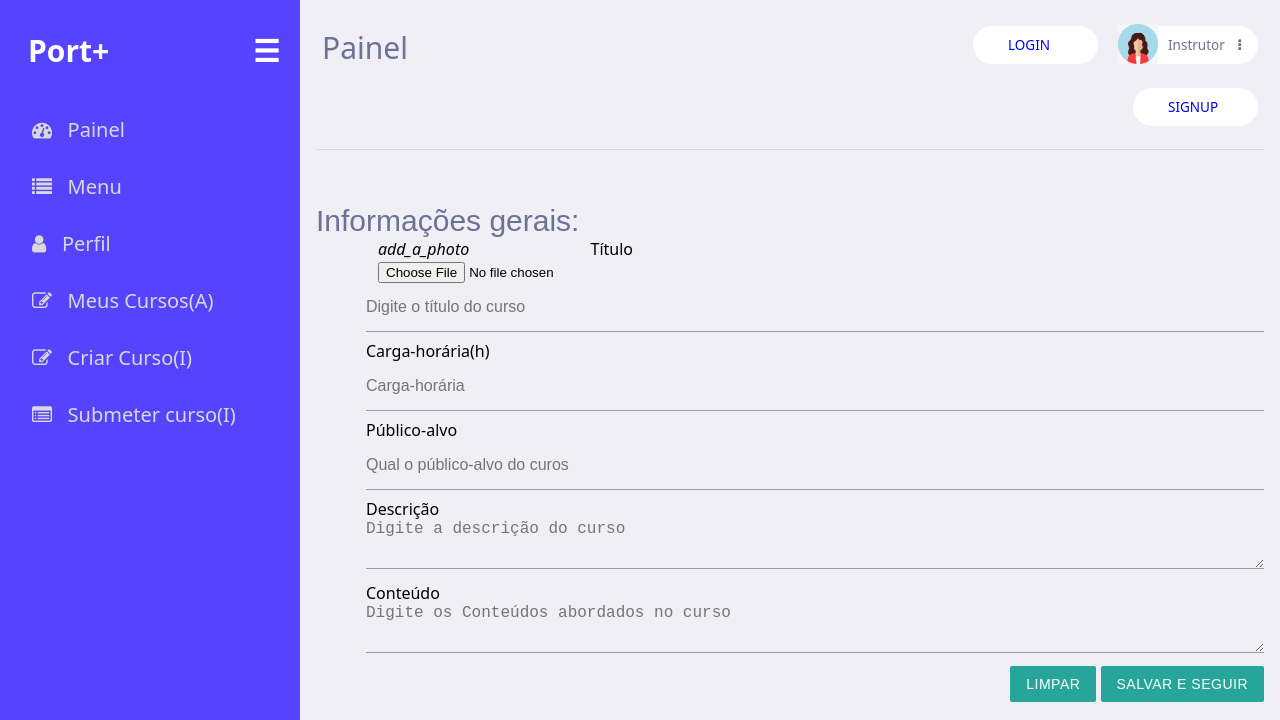
Repository: LauraMViana/Port-plus
Page: http://localhost/portPlus/criarCurso/criarCurso
These files come from the project's save history. The page is drawn as it stood at one moment and after the next save; the edit follows.
The browser window is 1280 px wide. The pictures show the whole page.
The page is this project's Thymeleaf template; nobody is signed in. The template is opened directly, without the code that normally fills it, so the values that code supplies are empty.

Above is the page before, as saved 2021-12-28 14:59:44.

### port/src/main/resources/templates/portPlus/criarCurso/criarCurso.html
<!DOCTYPE html >
<html xmlns:th="http://www.thymeleaf.org">
<head>
<meta charset="UTF-8">
<link rel="stylesheet"
	href="https://cdnjs.cloudflare.com/ajax/libs/font-awesome/4.7.0/css/font-awesome.min.css">
<!-- Compiled and minified CSS <!--
<link rel="stylesheet"
	href="https://cdnjs.cloudflare.com/ajax/libs/materialize/1.0.0/css/materialize.min.css">
-->
<link href="https://fonts.googleapis.com/icon?family=Material+Icons"
	rel="stylesheet">
<link rel="stylesheet" href="/Style.css">

<title>PortPlus</title>
</head>
<body>
	<div th:insert="~{menu :: menu}"></div>
	<div id="main">
		<h4>Informações gerais:</h4>
		<form action="/portPlus/criarCurso" method="post"
			enctype="multipart/form-data" th:object="${curso}">
			<div class="file input-field col s3">
				<i class="large material-icons">add_a_photo</i> <input type="file"
					name="file">
				<p th:errors="*{nomeLogo}"></p>
			</div>
			<div class="input-field s9">
				<label for="titulo">Título</label> <input
					placeholder="Digite o título do curso" id="titulo" type="text"
					class="validate" th:field="*{titulo}">
				<p th:errors="*{titulo}"></p>
				<div>
					<label for="cg">Carga-horária(h)</label> <input
						placeholder="Carga-horária" id="cg" type="number" class="validate"
						th:field="*{cargahoraria}">
				</div>
				<p th:errors="*{cargahoraria}"></p>
			</div>
			<div class="input-field">
				<label for=" nome"> Público-alvo</label> <input
					placeholder="Qual o público-alvo do curos" id="nome" type="text"
					th:field="*{publicalvo}">
				<p th:errors="*{publicalvo}"></p>
			</div>

			<div class="input-field">
				<label for="textarea1">Descrição</label>
				<textarea placeholder="Digite a descrição do curso" id="textarea1"
					class="materialize-textarea" th:field="*{descricao}"></textarea>

				<p th:errors="*{descricao}"></p>
			</div>

			<div class="input-field">
				<label for="textarea1">Conteúdo</label>
				<textarea placeholder="Digite os Conteúdos abordados no curso"
					id="textarea1" class="materialize-textarea" th:field="*{conteudo}"></textarea>

				<p th:errors="*{conteudo}"></p>
			</div>

			<div id="btn">
				<button class="btn waves-effect waves-light align-center"
					type="reset" name="action">Limpar</button>
				<button class="btn waves-effect waves-light align-center"
					type="submit" name="action">Salvar e seguir</button>
			</div>
		</form>
	</div>
	<script
		src="https://ajax.googleapis.com/ajax/libs/jquery/3.5.1/jquery.min.js"></script>
	<script>
		$(".menu").click(function() {
			$("#mySidenav").css('width', '70px');
			$("#main").css('margin-left', '70px');
			$(".logo").css('display', 'none');
			$(".logo1").css('display', 'block');
			$(".logo span").css('visibility', 'visible');
			$(".logo span").css('margin-left', '-10px');
			$(".icon-a").css('visibility', 'hidden');
			$(".icon-a").css('height', '25px');
			$(".icons").css('visibility', 'visible');
			$(".icons").css('margin-left', '-8px');
			$(".menu1").css('display', 'block');
			$(".menu").css('display', 'none');
		});

		$(".menu1").click(function() {
			$("#mySidenav").css('width', '300px');
			$("#main").css('margin-left', '300px');
			$(".logo").css('visibility', 'visible');
			$(".logo").css('display', 'block');
			$(".icon-a").css('visibility', 'visible');
			$(".icons").css('visibility', 'visible');
			$(".menu").css('display', 'block');
			$(".menu1").css('display', 'none');
		});
	</script>
	<script>
		$(document).ready(function() {
			$(".profile p").click(function() {
				$(".profile-div").toggle();
			});
		});
	</script>
</body>
</html>

### port/src/main/resources/templates/menu.html
<!DOCTYPE html >
<html xmlns:th="http://www.thymeleaf.org">
<head>
<meta charset="UTF-8">
<link rel="stylesheet" href="/Style.css" type="text/css" />
<link rel="stylesheet"
	href="https://cdnjs.cloudflare.com/ajax/libs/font-awesome/4.7.0/css/font-awesome.min.css">
<title>Port+</title>
</head>
<body>
	<div th:fragment="menu">
		<div id="mySidenav" class="sidenav">
			<p class="logo">
				Port+ <span class="menu">&#9776;</span>
			</p>
			<p class="logo1">
				<span class="menu1">&#9776;</span>
			</p>
			<a href="/" class="icon-a"> <i class="fa fa-dashboard icons"></i>
				&nbsp;&nbsp;Painel
			</a> <a href="/" class="icon-a"><i class="fa fa-list icons"></i>
				&nbsp;&nbsp;Menu</a> <a href="#" class="icon-a"><i
				class="fa fa-user icons"></i> &nbsp;&nbsp;Perfil</a> <a
				href="/portPlus/criarCurso" class="icon-a"><i
				class="fa fa-edit icons"></i> &nbsp;&nbsp;Meus Cursos(A)</a> <a
				href="/portPlus/criarCurso" class="icon-a"><i
				class="fa fa-edit icons"></i> &nbsp;&nbsp;Criar Curso(I)</a><a
				href="/portPlus/meusCursos" class="icon-a"><i
				class="fa fa-list-alt icons"></i> &nbsp;&nbsp;Submeter curso(I)</a>
		</div>

		<div id="main">
			<div class="head">
				<div class="col-div-6">
					<p class="nav">Painel</p>
				</div>
				<div class="col-div-6">
					<div class="profile">
						<img src="/Imagens/usuario.png" class="pro-img circle" />
						<p>
							Instrutor <i class="fa fa-ellipsis-v dots" aria-hidden="true"></i>
						</p>
						<div class="profile-div">
							<p>
								<a href="#" class="icon-a"><i class="fa fa-user"></i>
									&nbsp;&nbsp;Perfil
							</p>
							<p>
								<i class="fa fa-power-off"></i> &nbsp;&nbsp;Sair
							</p>
						</div>
					</div>
					<div class="login">
						<p>
							<a href="/portPlus/login">LOGIN</a>
						</p>
						<p>
							<a href="/portPlus/signup">SIGNUP</a>
						</p>
					</div>
				</div>
				<div class="clearfix"></div>
			</div>
			<div class="clearfix"></div>
			<br />
		</div>
	</div>
	<script
		src="https://ajax.googleapis.com/ajax/libs/jquery/3.5.1/jquery.min.js"></script>
	<script>
		$(".menu").click(function() {
			$("#mySidenav").css('width', '70px');
			$("#main").css('margin-left', '70px');
			$(".logo").css('display', 'none');
			$(".logo1").css('display', 'block');
			$(".logo span").css('visibility', 'visible');
			$(".logo span").css('margin-left', '-10px');
			$(".icon-a").css('visibility', 'hidden');
			$(".icon-a").css('height', '25px');
			$(".icons").css('visibility', 'visible');
			$(".icons").css('margin-left', '-8px');
			$(".menu1").css('display', 'block');
			$(".menu").css('display', 'none');
		});

		$(".menu1").click(function() {
			$("#mySidenav").css('width', '300px');
			$("#main").css('margin-left', '300px');
			$(".logo").css('visibility', 'visible');
			$(".logo").css('display', 'block');
			$(".icon-a").css('visibility', 'visible');
			$(".icons").css('visibility', 'visible');
			$(".menu").css('display', 'block');
			$(".menu1").css('display', 'none');
		});
	</script>
	<script>
		$(document).ready(function() {
			$(".profile p").click(function() {
				$(".profile-div").toggle();

			});

			/* $(".noti-icon").click(function() {
					$(".notification-div").toggle();
				}); */

		});
	</script>
</body>
</html>

### port/src/main/resources/static/Style.css
/* Laura */
body {
	margin: 0px;
	padding: 0px;
	background-color: #efeff5;
	font-family: system-ui;
}

.clearfix {
	clear: both;
}

.logo {
	margin: 0px;
	margin-left: 28px;
	font-weight: bold;
	color: white;
	margin-bottom: 30px;
}

.sidenav {
	height: 100%;
	width: 300px;
	position: fixed;
	z-index: 1;
	top: 0;
	left: 0;
	background-color: #5643ff;
	overflow: hidden;
	padding-top: 30px;
	transition: ease-in-out 0.3s;
}

.menu {
	float: right;
	margin-right: 20px;
	cursor: pointer;
}

.logo1 {
	margin: 0px;
	margin-left: 20px;
	font-weight: bold;
	color: white;
	margin-bottom: 50px;
	display: none;
	cursor: pointer;
}

.menu1 {
	float: left;
	display: none;
}

.sidenav a {
	padding: 15px 8px 15px 32px;
	text-decoration: none;
	font-size: 20px;
	color: #d8d8d8;
	display: block;
}

.sidenav a:hover {
	color: #f1f1f1;
	background-color: #2c1ed6;
}

.sidenav {
	top: 0;
	right: 25px;
	font-size: 30px;
}

#main {
	padding: 16px;
	margin-left: 300px;
}

.head {
	padding: 0px 6px;
	border-bottom: 1px solid #d6d6d8b8;
	padding-bottom: 10px;
}

.col-div-6 {
	width: 50%;
	float: left;
}

.login p {
	color: #6c7293;
	font-weight: 500;
	margin-left: 35px;
	margin-top: 10px;
	font-size: 13.5px;
	background-color: white;
	padding: 10px;
	border-radius: 25px;
	padding-left: 35px;
	width: 80px;
	float: right;
	cursor: pointer;
}

.profile {
	display: inline-block;
	float: right;
	width: 160px;
}

.pro-img {
	float: left;
	width: 40px;
	margin-top: 8px;
	margin-left: 20px;
}

.profile p {
	color: #6c7293;
	font-weight: 500;
	margin-left: 35px;
	margin-top: 10px;
	font-size: 13.5px;
	background-color: white;
	padding: 10px;
	border-radius: 25px;
	padding-left: 35px;
	cursor: pointer;
}

.dots {
	margin-left: 10px;
}

.profile-div {
	background-color: white;
	width: 160px;
	border: 1px solid #ddd;
	padding: 10px 0px;
	right: 2%;
	border-radius: 5px;
	position: absolute;
	z-index: 9;
	display: none;
}

.profile-div:after {
	content: '';
	position: absolute;
	height: 10px;
	width: 10px;
	background-color: white;
	top: -6px;
	border-left: 1px solid #ddd;
	border-top: 1px solid #ddd;
	transform: rotate(45deg);
	right: 10%;
}

.profile-div p {
	margin: 0px;
	padding: 10px 20px;
}

.profile-div p:hover {
	margin: 0px;
	padding: 10px 20px;
	background-color: #5643ff;
	border-radius: 0px;
	color: white;
}

.notification-div {
	background-color: white;
	width: 240px;
	border: 1px solid #ddd;
	padding: 10px 0px;
	right: 16%;
	border-radius: 5px;
	top: 12%;
	position: absolute;
	z-index: 9;
	display: none;
}

.notification-div:after {
	content: '';
	position: absolute;
	height: 10px;
	width: 10px;
	background-color: white;
	top: -6px;
	border-left: 1px solid #ddd;
	border-top: 1px solid #ddd;
	transform: rotate(45deg);
	right: 10%;
}

.noti-head {
	display: block;
	margin: 0px;
	color: #6c7293;
}

.noti-head:hover {
	background-color: white !important;
	color: #6c7293 !important;
}

.noti-head span {
	position: absolute;
	right: 8%;
	top: 10%;
	background-color: #5643ff;
	padding: 1px 5px;
	color: white;
	border-radius: 20px;
}

.hr {
	margin: 0px;
	border: none;
	background-color: #ddd;
	height: 1px;
}

.notification-div p {
	margin: 0px;
	padding: 10px 20px;
	color: #6c7293;
}

.notification-div p span {
	font-size: 11px;
	display: block;
}

.notification-div p:hover {
	margin: 0px;
	padding: 10px 20px;
	background-color: #5643ff;
	border-radius: 0px;
	color: white;
}

.search-icon {
	position: absolute;
	right: 22%;
	top: 25px;
	background-color: white;
	padding: 13px;
	border-radius: 21px;
	color: #6c7293;
	cursor: pointer;
}

.noti-icon {
	position: absolute;
	right: 17%;
	top: 25px;
	background-color: #5643ff;
	padding: 13px;
	border-radius: 21px;
	color: #fff;
	cursor: pointer;
}

.noti-icon:after {
	content: '';
	height: 5px;
	width: 5px;
	border-radius: 5px;
	top: 5px;
	left: 20px;
	position: absolute;
	background-color: red;
}

.col-div-4-1 {
	width: 33.3%;
	float: left;
}

.box {
	width: 88%;
	height: 480px;
	background-color: #ffffff;
	margin-left: 10px;
	padding: 10px;
	box-shadow: 2px 5px 10px #ddd;
	position: relative;
}

.box p {
	color: #6c7293;
	font-weight: 500;
	padding-left: 10px;
}

.number {
	font-size: 35px;
	margin-bottom: 0px;
	margin-top: 20px;
}

.percent {
	margin: 0px;
	font-size: 14px;
	color: #37bf37 !important;
}

.percent span {
	font-size: 12px;
	color: #9398b1;
	padding-left: 3px;
}

.head-1 {
	font-size: 18px !important;
	margin: 10px 0px;
	color: #6c7293;
}

.head-1 span {
	float: right;
	background-color: #5643ff;
	color: white;
	padding: 3px 10px;
	font-size: 15px;
}

.box-icon {
	font-size: 20px !important;
	margin-top: 35px !important;
	color: #5643ff;
	padding-right: 10px;
	background-color: #efeff5;
	padding: 15px;
	border-radius: 25px;
	position: absolute;
	right: 16px;
	top: -18px;
}

.box-1 {
	width: 88%;
	height: 282px;
	background-color: #ffffff;
	margin-left: 10px;
	padding: 10px;
	box-shadow: 2px 5px 10px #ddd;
	position: relative;
}

.m-box {
	color: #6c7293;
	position: relative;
	padding: 0px 12px;
}

.active {
	background-color: #5646ff;
	color: white;
	box-shadow: 4px 3px 7px 3px #3226ad54;
}

.active .no-1 {
	color: #ddd !important;
}

.m-box p {
	display: inline-block;
	margin: 10px 0px;
}

.no {
	position: absolute !important;
	top: 21px;
	right: 15px;
	font-weight: 500;
}

.no-1 {
	font-size: 12px;
	color: #9398b1;
}

.act-p {
	font-size: 13px;
	color: #6c7293;
}

.act-p .fa {
	color: orange !important;
}

.content-box-1 {
	padding: 0px 10px;
}

.col-div-12 {
	width: 100%;
}

.col-div-4 {
	width: 30%;
	float: left;
}

.content-box {
	padding: 20px;
}

.content-box p {
	margin: 0px;
	font-size: 20px;
	color: #6c7293;
}

.content-box p span {
	float: right;
	background-color: #5643ff;
	color: white;
	padding: 3px 10px;
	font-size: 15px;
}

.box-8 {
	width: 97.8%;
	background-color: #fff;
	height: 330px;
}

.nav {
	font-size: 30px;
	cursor: pointer;
	color: #6c7293;
	margin: 11px 0px;
}

.box-8 {
	margin-left: 10px;
}

td, th {
	border: 1px solid #dddddd;
	text-align: left;
	padding: 10px;
}

tr:nth-child(even) {
	background-color: #5643ff29;
	color: #6c7293 !important;
}

.circle-wrap {
	margin: 50px auto;
	width: 150px;
	height: 150px;
	background: #e6e2e7;
	border-radius: 50%;
}

.circle-wrap .circle .mask, .circle-wrap .circle .fill {
	width: 150px;
	height: 150px;
	position: absolute;
	border-radius: 50%;
}

.circle-wrap .circle .mask {
	clip: rect(0px, 150px, 150px, 75px);
}

.circle-wrap .circle .mask .fill {
	clip: rect(0px, 75px, 150px, 0px);
	background-color: #5646ff;
}

.circle-wrap .circle .mask.full, .circle-wrap .circle .fill {
	animation: fill ease-in-out 3s;
	transform: rotate(126deg);
}

@
keyframes fill { 0% {
	transform: rotate(0deg);
}

100










%
{
transform










:










rotate








(










126deg










)








;
}
}
.circle-wrap .inside-circle {
	width: 130px;
	height: 130px;
	border-radius: 50%;
	background: #fff;
	line-height: 130px;
	text-align: center;
	margin-top: 10px;
	margin-left: 10px;
	position: absolute;
	z-index: 100;
	font-weight: 700;
	font-size: 2em;
	color: #6c7293;
}

/* Thais */
h1 {
	font-weight: 400;
	font-family: Century Gothic, Arial, Helvetica, sans-serif;
	color: #6c7293;
	font-size: calc(1.044375rem + 1.7325vw);
}

h4, h6 {
	font-weight: 100;
	font-family: Century Gothic, Arial, Helvetica, sans-serif;
	color: #6c7293;
	font-size: 30px;
	margin: 0px;
}

a {
	text-decoration: none;
}

#btn {
	text-align: right;
}

/*Apresente material  */
.mod-title {
	font-size: 30px;
	color: #d8d8d8;
}

/* Index  */
.box-mod {
	width: 88%;
	height: 30px;
	background-color: #dfdfdf;
	margin-left: 10px;
	padding: 10px;
	position: relative;
	margin-left: 10px;
	padding: 10px;
	border-top: 1px solid #d7dfe3;
	margin-left: 10px;
	margin-bottom: 15px;
}

.box-mod p {
	color: #6c7293;
	font-weight: 500;
	margin: 0px;
	padding: 10px;
	width: 105px;
	margin-left: 90px;
}
/* blocos de curso ou modulos  */
.col-div-4-2 {
	width: 25%;
	float: left;
}

.card.small .card-image+.card-content, .card.medium .card-image+.card-content,
	.card.large .card-image+.card-content {
	max-height: 40%;
}

.card.small .card-content, .card.medium .card-content, .card.large .card-content
	{
	max-height: 100%;
	overflow: hidden;
}

.card .card-content {
	padding: 24px;
	border-radius: 0 0 2px 2px;
}

.card .card-image img {
	display: block;
	border-radius: 2px 2px 0 0;
	position: relative;
	left: 0;
	right: 0;
	top: 0;
	bottom: 0;
	width: 100%;
}

img {
	border-style: none;
}

.card.small .card-image, .card.medium .card-image, .card.large .card-image
	{
	max-height: 60%;
	overflow: hidden;
}

.card .card-image {
	position: relative;
}

.card.small {
	height: 300px;
}

.card.small, .card.medium, .card.large {
	position: relative;
}

.card {
	margin-left: 10px;
	box-shadow: 2px 5px 10px #ddd;
	position: relative;
	height: 250px;
	background-color: #fff;
	-webkit-transition: -webkit-box-shadow .25s;
	transition: -webkit-box-shadow .25s;
	transition: box-shadow .25s;
	transition: box-shadow .25s, -webkit-box-shadow .25s;
	border-radius: 2px;
}

.card {
	position: relative;
	margin: 0.5rem 0 1rem 0;
	background-color: #fff;
	-webkit-transition: -webkit-box-shadow .25s;
	transition: -webkit-box-shadow .25s;
	transition: box-shadow .25s;
	transition: box-shadow .25s, -webkit-box-shadow .25s;
	border-radius: 2px;
}

.image {
	display: block;
	position: relative;
	left: 0;
	right: 0;
	top: 0;
	bottom: 0;
	width: 100%;
	max-height: 70%;
	overflow: hidden;
	max-height: 70%;
	right: 0;
	top: 0;
	bottom: 0;
}

.card {
	margin-left: 10px;
	box-shadow: 2px 5px 10px #ddd;
	position: relative;
	height: 250px;
	background-color: #fff;
	-webkit-transition: -webkit-box-shadow .25s;
	transition: -webkit-box-shadow .25s;
	transition: box-shadow .25s;
	transition: box-shadow .25s, -webkit-box-shadow .25s;
	border-radius: 2px;
}

.card-title-mod {
	display: block;
	line-height: 32px;
	margin-bottom: 8px;
	font-size: 24px;
	font-weight: 300;
}
/* descriçao do curso  */
.mod-d {
	font-size: 18px !important;
	margin: 10px 0px;
	color: #6c7293;
	text-align: justify;
}

/* Pag apresentação Material */
aside {
	width: 260px;
	float: right;
	margin-right: 20px;
	border: 1px solid black;
}

.conteudo {
	padding-left: 15px;
	width: 700px;
	float: left;
	height: 415px;
	text-align: justify;
}

.card.lista {
	background-color: #5643ff;
	width: 259.5px;
	height: 50px;
	text-align: center;
	padding: 5px 0px 5px 0px;
	margin: 0px;
}

.lista li {
	padding: 15px 8px 15px 32px;
	text-decoration: none;
	font-size: 20px;
	color: #d8d8d8;
	display: block;
	text-align: justify;
}

.lista li:hover {
	color: #f1f1f1;
	background-color: #5643ff;
}

.lista a:hover {
	color: #f1f1f1;
	background-color: #5643ff;
}

ul {
	padding: 0px;
	margin: 0px;
	list-style-type: none;
}

textarea.materialize-textarea.texto {
	height: 12rem;
}

input:not([type]), input[type="text"]:not(.browser-default), input[type="url"]:not(.browser-default),
	input[type="number"]:not(.browser-default), textarea.materialize-textarea
	{
	background-color: transparent;
	border-top-width: initial;
	border-right-width: initial;
	border-left-width: initial;
	border-top-color: initial;
	border-right-color: initial;
	border-left-color: initial;
	height: 3rem;
	width: 100%;
	font-size: 16px;
	box-shadow: none;
	box-sizing: content-box;
	border-style: none none solid;
	border-image: initial;
	border-bottom: 1px solid rgb(158, 158, 158);
	border-radius: 0px;
	outline: none;
	margin: 0px 0px 8px;
	padding: 0px;
	transition: box-shadow 0.3s ease 0s, border 0.3s ease 0s,
		-webkit-box-shadow 0.3s ease 0s;
}

form {
	padding-left: 50px;
}

.dados-do-curso, .listarCriarMod {
	padding-left: 50px;
}

.s2 {
	width: 20%;
	display: inline;
}

.col.s3 {
	width: 25%;
	margin-left: auto;
	left: auto;
	right: auto;
}

.col.s4 {
	width: 33.3333333333%;
	margin-left: auto;
	left: auto;
	right: auto;
}

.col.s5 {
	width: 41.6666666667%;
	margin-left: auto;
	left: auto;
	right: auto;
}

.col.s6 {
	width: 50%;
	margin-left: auto;
	left: auto;
	right: auto;
}

.col.s9 {
	width: 75%;
	margin-left: auto;
	left: auto;
	right: auto;
}

.col.s12 {
	width: 100%;
	margin-left: auto;
	left: auto;
	right: auto;
}

.col.s12.cont {
	padding-bottom: 20px;
}

.col {
	float: left;
	-webkit-box-sizing: border-box;
	box-sizing: border-box;
	padding: 0 0.75rem;
	min-height: 1px;
}

.s10 {
	width: 80%;
	margin-left: auto;
	left: auto;
	right: auto;
}

.btn {
	text-decoration: none;
	color: #fff;
	background-color: #26a69a;
	text-align: center;
	letter-spacing: .5px;
	-webkit-transition: background-color .2s ease-out;
	transition: background-color .2s ease-out;
	cursor: pointer;
	border: none;
	border-radius: 2px;
	display: inline-block;
	height: 36px;
	line-height: 36px;
	padding: 0 16px;
	text-transform: uppercase;
	font-size: 14px;
	outline: 0;
	font-size: 14px;
}

.waves-effect {
	position: relative;
	cursor: pointer;
	display: inline-block;
	overflow: hidden;
	-webkit-user-select: none;
	-moz-user-select: none;
	-ms-user-select: none;
	user-select: none;
	-webkit-tap-highlight-color: transparent;
	vertical-align: middle;
	z-index: 1;
	-webkit-transition: .3s ease-out;
	transition: .3s ease-out;
}

.modal.modal-fixed-footer {
	padding: 0;
	height: 70%;
}

.modal {
	display: none;
	position: fixed;
	left: 0;
	right: 0;
	background-color: #fafafa;
	padding: 0;
	max-height: 70%;
	width: 55%;
	margin: auto;
	overflow-y: auto;
	border-radius: 2px;
	will-change: top, opacity;
}

.modal.modal-fixed-footer {
	padding: 0;
	height: 70%;
}

.modal {
	display: none;
	position: fixed;
	left: 0;
	right: 0;
	background-color: #fafafa;
	padding: 0;
	max-height: 70%;
	width: 55%;
	margin: auto;
	overflow-y: auto;
	border-radius: 2px;
	will-change: top, opacity;
}

.z-depth-5, .modal {
	-webkit-box-shadow: 0 24px 38px 3px rgb(0 0 0/ 14%), 0 9px 46px 8px
		rgb(0 0 0/ 12%), 0 11px 15px -7px rgb(0 0 0/ 20%);
	box-shadow: 0 24px 38px 3px rgb(0 0 0/ 14%), 0 9px 46px 8px
		rgb(0 0 0/ 12%), 0 11px 15px -7px rgb(0 0 0/ 20%);
}

.collapsible {
	border-top: 1px solid #ddd;
	border-right: 1px solid #ddd;
	border-left: 1px solid #ddd;
	margin: 0.5rem 0 1rem 0;
}

.collapsible-header {
	display: -webkit-box;
	display: -webkit-flex;
	display: -ms-flexbox;
	display: flex;
	-webkit-tap-highlight-color: transparent;
	line-height: 1.5;
	padding: 1rem;
	background-color: #fff;
	border-bottom: 1px solid #ddd;
	display: -webkit-box;
	display: -webkit-flex;
	display: -ms-flexbox;
	display: flex;
	cursor: pointer;
	-webkit-tap-highlight-color: transparent;
	line-height: 1.5;
	padding: 1rem;
	background-color: #fff;
	border-bottom: 1px solid #ddd;
}

.optCont {
	display: inline-block;
	float: right;
	width: 160px;
}

.optCont a {
	cursor: pointer;
}

.opt {
	background-color: white;
	width: 100px;
	border: 1px solid #ddd;
	padding: 10px 0px;
	right: 10%;
	border-radius: 5px;
	position: absolute;
	z-index: 9;
	display: none;
}

.opt p {
	margin: 0px;
	padding: 10px 20px;
}

.opt p:hover {
	margin: 0px;
	padding: 10px 20px;
	background-color: #5643ff;
	border-radius: 0px;
	color: white;
}

.modal.modal-fixed-footer {
	height: 40%;
	width: 40%;
}

.modal .modal-content {
	padding: 65px 24px 24px 75px;
}

After the next save:
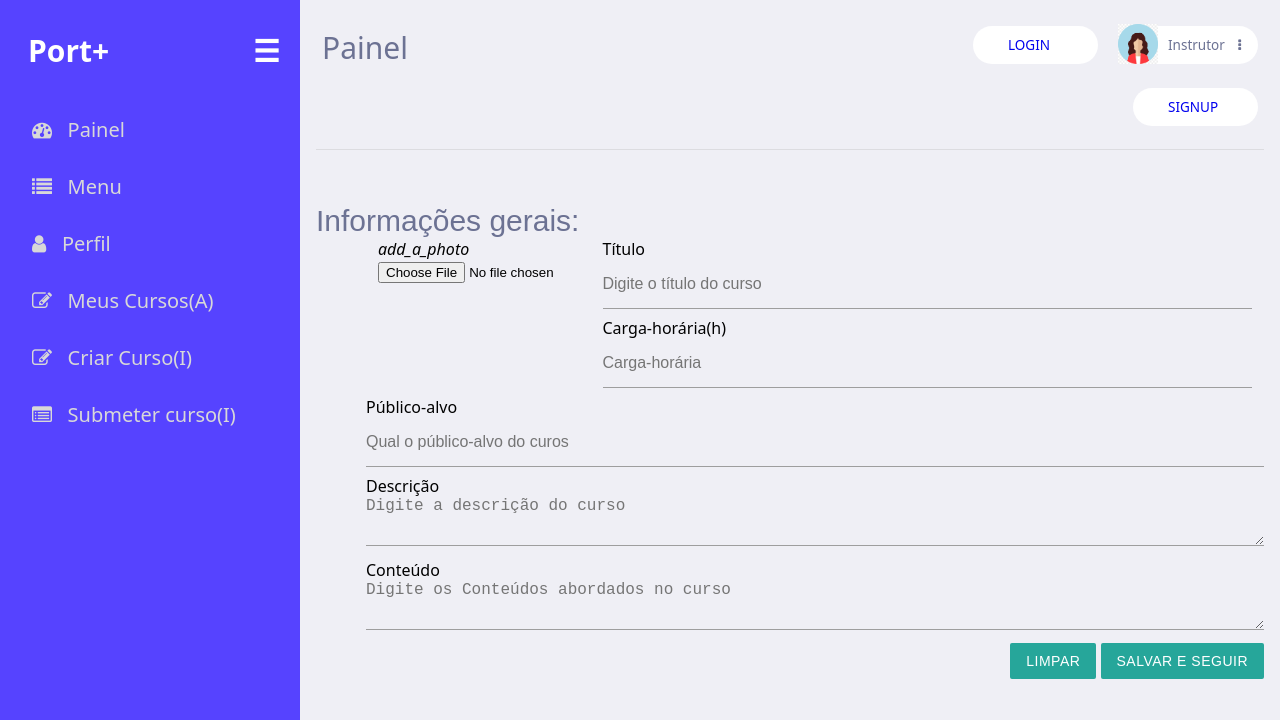
Saved 27 s later.
--- a/port/src/main/resources/templates/portPlus/criarCurso/criarCurso.html
+++ b/port/src/main/resources/templates/portPlus/criarCurso/criarCurso.html
@@ -25,7 +25,7 @@
 					name="file">
 				<p th:errors="*{nomeLogo}"></p>
 			</div>
-			<div class="input-field s9">
+			<div class="input-field col s9">
 				<label for="titulo">Título</label> <input
 					placeholder="Digite o título do curso" id="titulo" type="text"
 					class="validate" th:field="*{titulo}">
